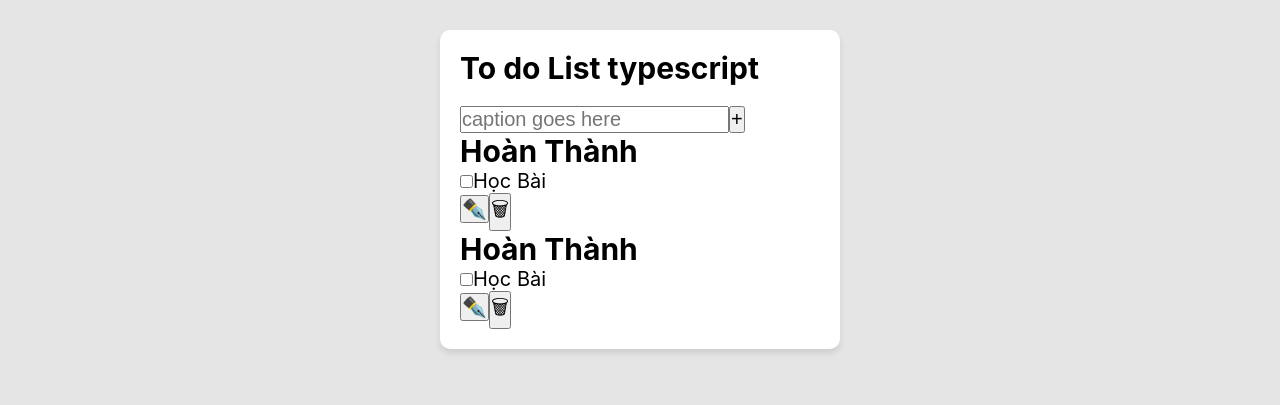
Repository: hungdomanh95/focus
Page: /
The author's editor kept a copy of each file at every save. The page is drawn from the files as they stood at one save, then again after the next save.
The browser window is 1280 px wide. The pictures show the whole page.
The project was rebuilt for these pictures with package versions that can differ from the ones it lists, and the page was loaded fresh each time. Also part of the build but not shown: src/components/TaskList/taskList.module.scss.

Above is the page before, as saved 2023-04-06 23:31:01.

After the next save:
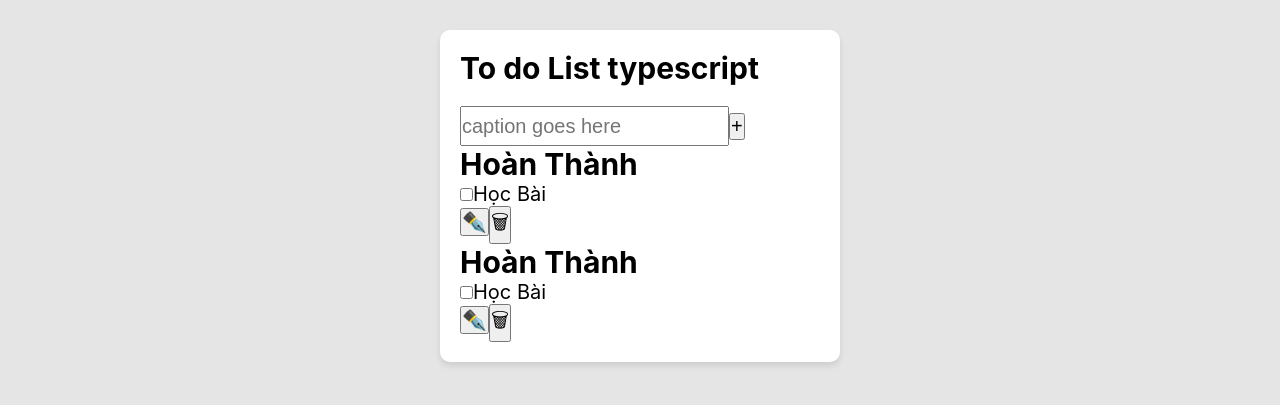
Saved 13 s later.
--- a/src/components/TaskInput/taskInput.module.scss
+++ b/src/components/TaskInput/taskInput.module.scss
@@ -5,4 +5,7 @@
 .form{
   display: flex;
   align-items: center;
+  input{
+    height: 4rem;
+  }
 }
